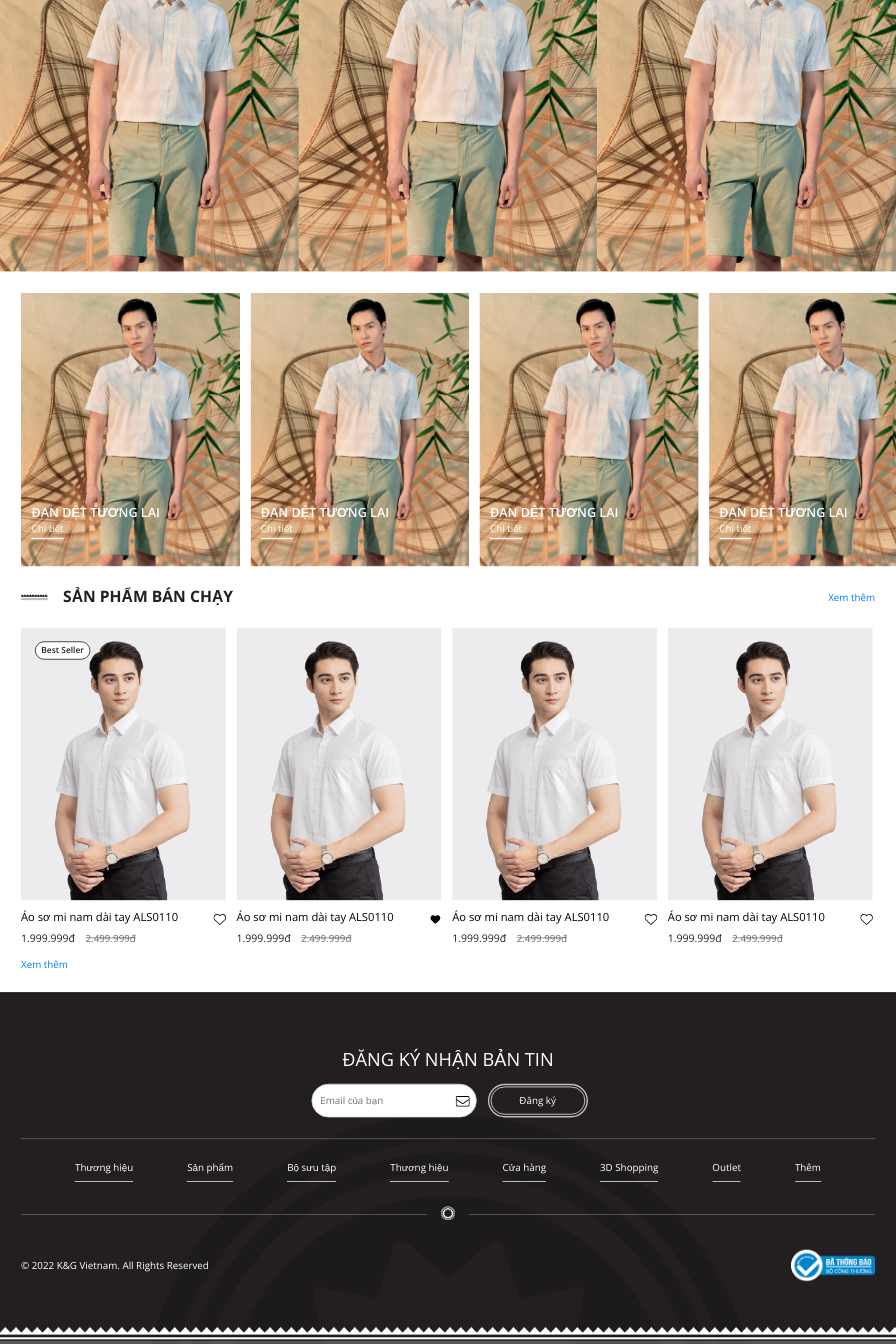
Repository: linhlvtn/aristino
Page: index.html
An editor plug-in stored every save of this project. The page is shown before and after the next save, followed by the edit.
The browser window is 1280 px wide. The pictures show the part of the page from y = 856 to 2776 px (the page is 2776 px tall before and 2755 px after), at 70% of full size.

Above is the page before, as saved 2023-09-11 07:45:32.
Console error: TypeError: Cannot read properties of null (reading 'addEventListener')

After the next save:
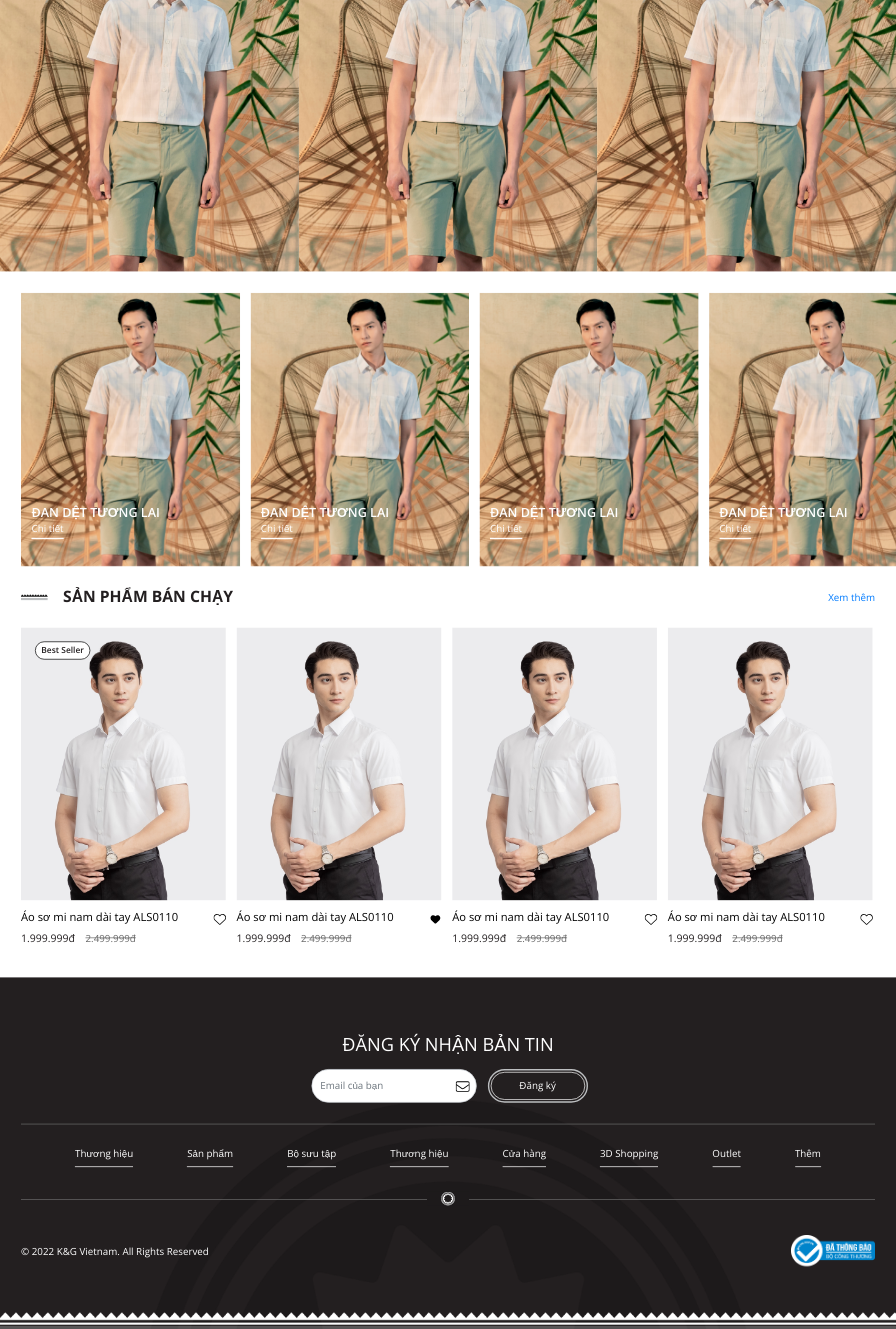
Saved 17 s later.
--- a/index.html
+++ b/index.html
@@ -283,7 +283,7 @@
                          </div>
                     </div>
 
-                    <a href="" class="view-more-prd">Xem thêm</a>
+                    <a href="" class="view-more-prd view-prd-mobile">Xem thêm</a>
                 </div>
             </div>
 
